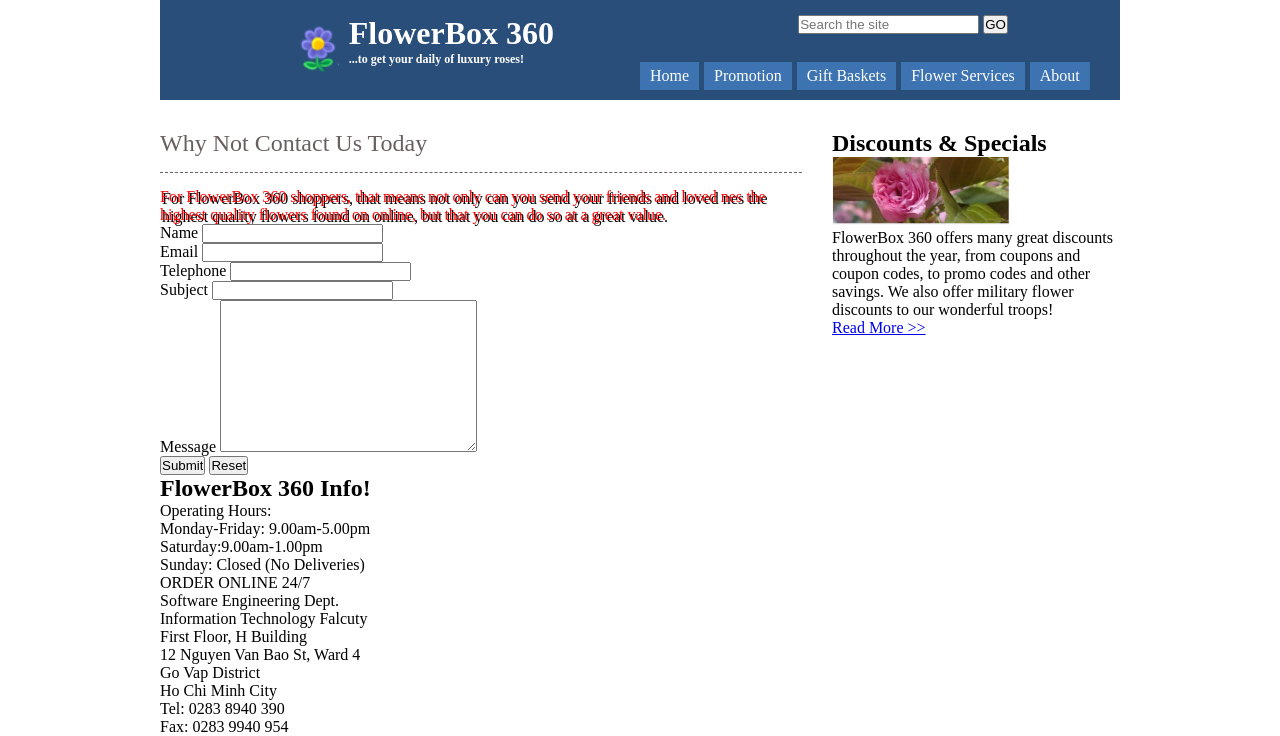
Repository: hoangnguyen1903/STT_21084321_NguyenHuyHoang_DHKHMT17B_Tuan4_DeThamKhao3
Page: html/demo.html
These files come from the project's save history. The page is drawn as it stood at one moment and after the next save; the edit follows.
The browser window is 1280 px wide. The pictures show the whole page.

Above is the page before, as saved 2023-03-09 14:52:26.

After the next save:
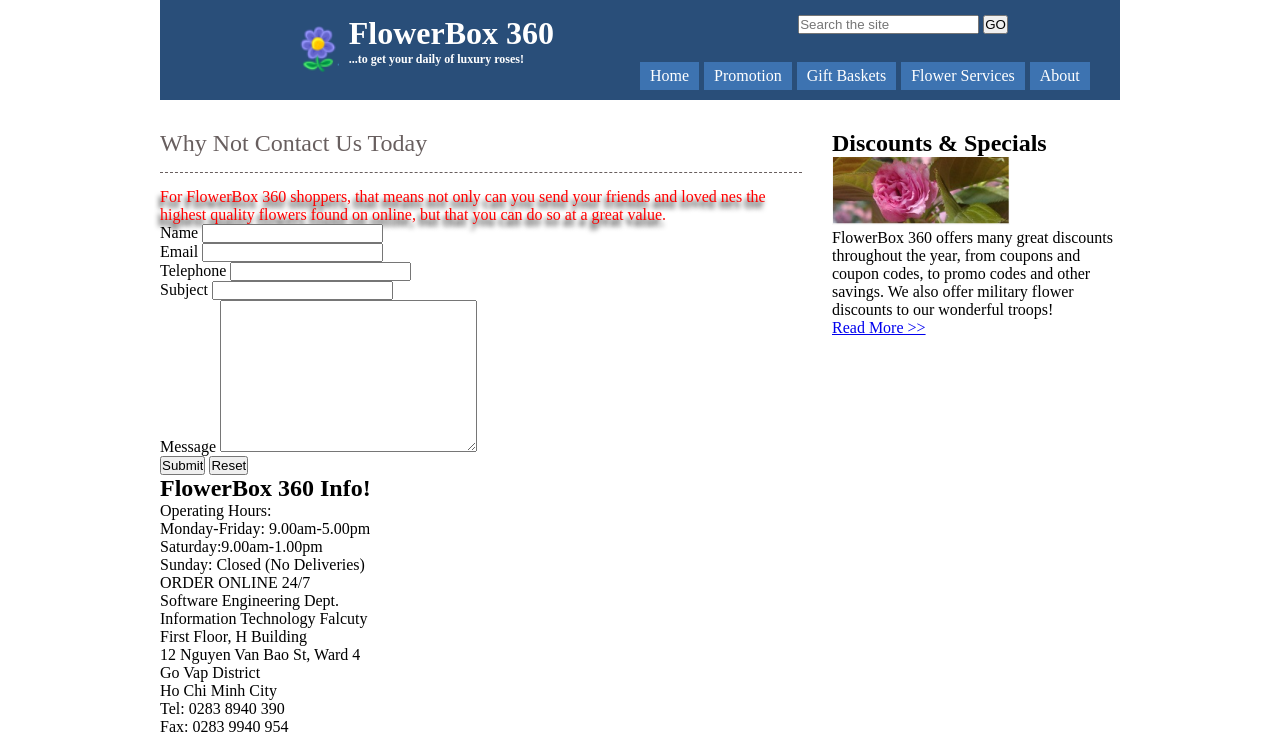
Saved 51 s later.
--- a/html/demo.html
+++ b/html/demo.html
@@ -95,7 +95,7 @@
         > .content__left-form
         > p {
         color: red;
-        text-shadow: 2px 2px #000;
+        text-shadow: -2px 6px 5px #000;
       }
 
       .content > .content__right {
